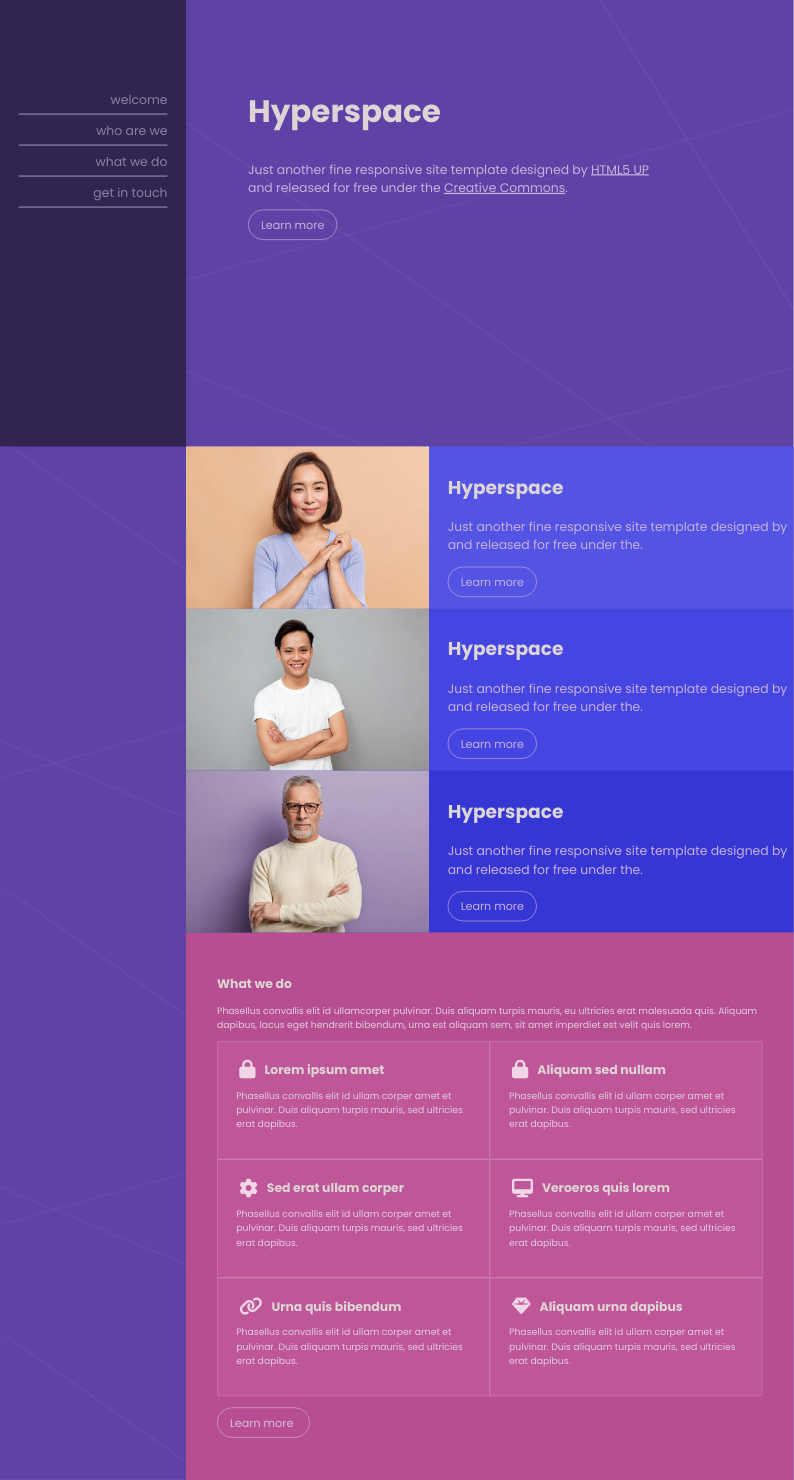
Repository: zai31/KIMIT_Tasks
Page: JsSession8/index.html
These files come from the project's save history. The page is drawn as it stood at one moment and after a run of saves; the edit follows.
The browser window is 1280 px wide. The pictures show the whole page, at 62% of full size.
Backgrounds fixed to the window are drawn as part of the page.

Above is the page before, as saved 2025-09-15 21:26:31.

After the next 2 saves:
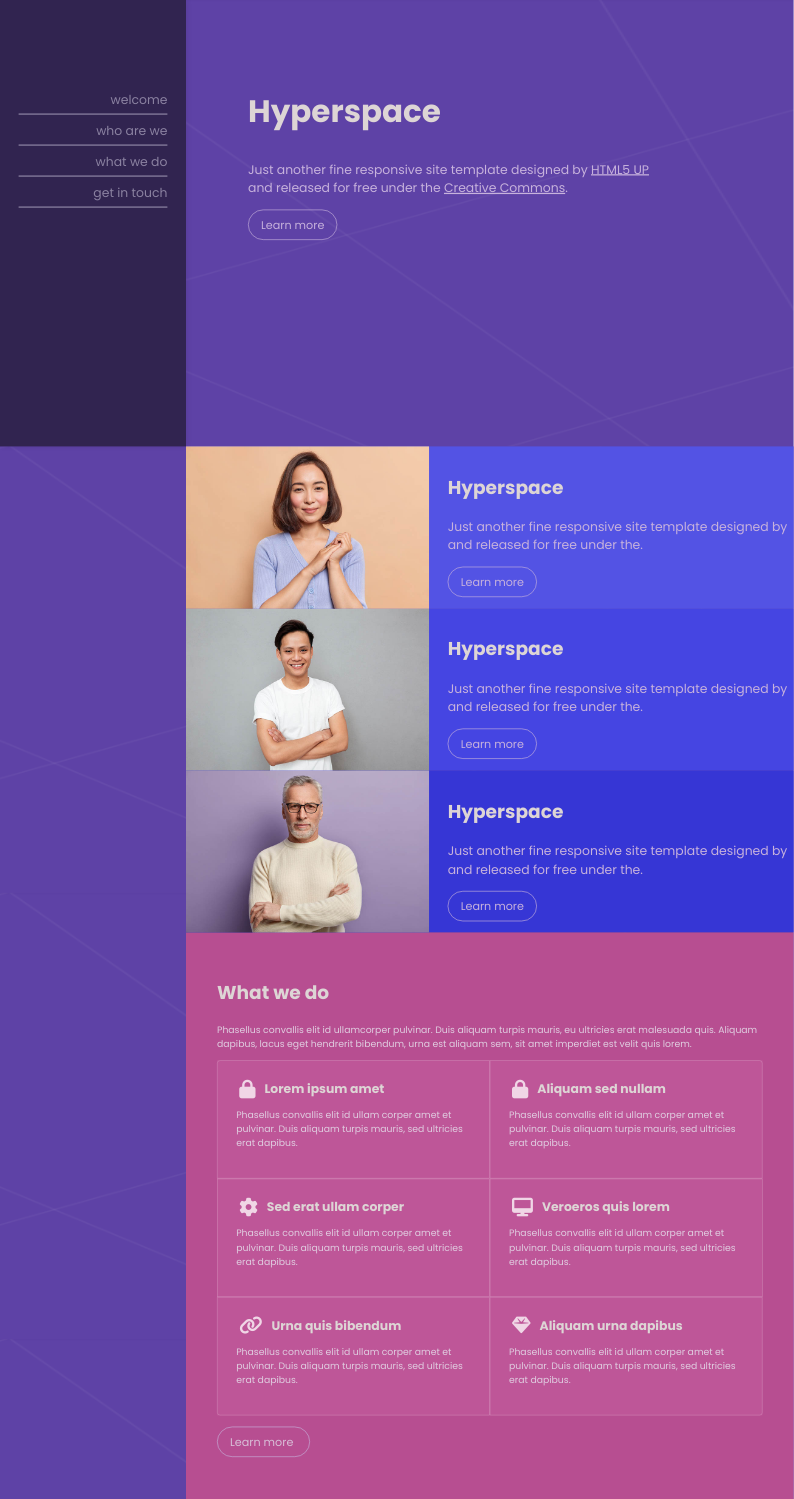
The 2 saves are shown as one change because they came seconds apart.
The last was saved 6 s later.
--- a/JsSession8/index.html
+++ b/JsSession8/index.html
@@ -54,7 +54,7 @@
 							<button>Learn more</button></div>
         </div>
     <div class="what">
-							<h2>What we do</h2>
+							<h2 style="font-size: 30px;">What we do</h2>
 							<p>Phasellus convallis elit id ullamcorper pulvinar. Duis aliquam turpis mauris, eu ultricies erat malesuada quis. Aliquam dapibus, lacus eget hendrerit bibendum, urna est aliquam sem, sit amet imperdiet est velit quis lorem.</p>
 							<div class="features">
 								<section style="border-radius:5px 0px 0px 0 ;">
